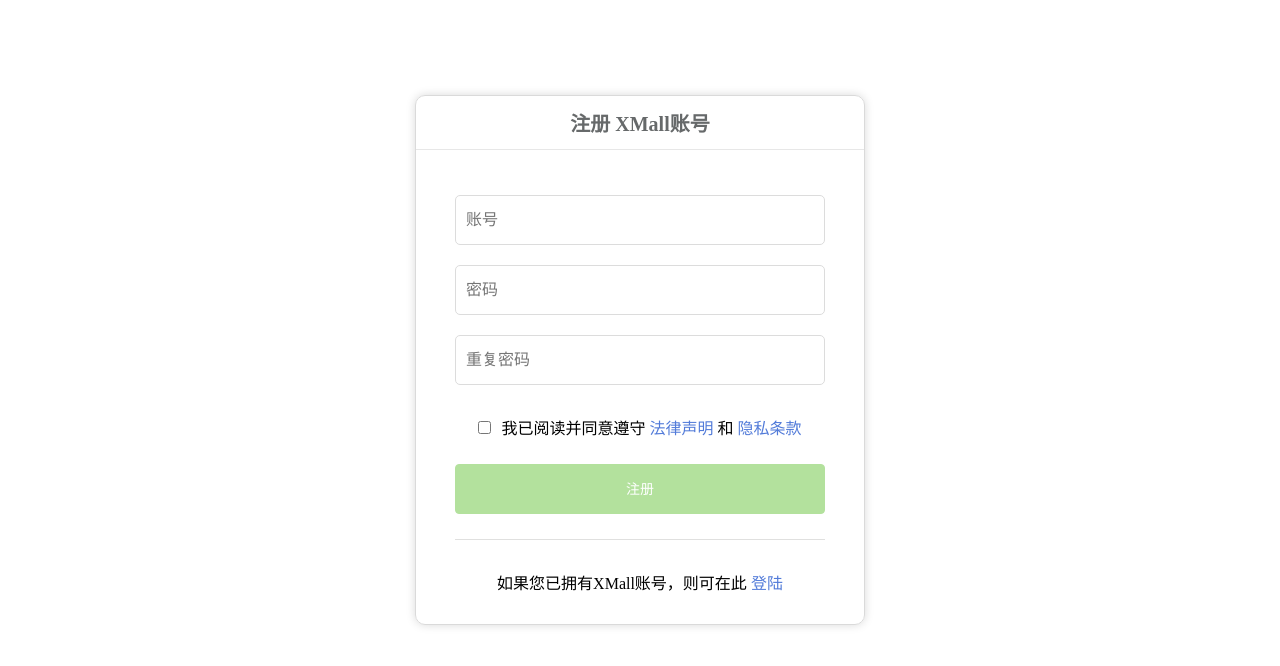
Repository: dingqihui1997/xmall-demo
Page: /register
These files come from the project's save history. The page is drawn as it stood at one moment and after the next save; the edit follows.
The browser window is 1280 px wide. The pictures show the whole page.
The project was rebuilt for these pictures with package versions that can differ from the ones it lists, and the page was loaded fresh each time. Also part of the build but not shown: vue.config.js, src/views/Home.vue.

Above is the page before, as saved 2021-06-29 15:43:40.

### src/main.js
import Vue from 'vue'
import App from './App.vue'
import router from './router'
import store from './store'
import ElementUI from 'element-ui';
import 'element-ui/lib/theme-chalk/index.css';
Vue.use(ElementUI);
Vue.config.productionTip = false

new Vue({
  router,
  store,
  render: h => h(App)
}).$mount('#app')

### src/App.vue
<template>
  <div id="app">
    <router-view />
  </div>
</template>

<style lang="scss">
@import "./styles/common";
@import "./styles/ui";
</style>

### src/router/index.js
import Vue from 'vue'
import VueRouter from 'vue-router'
import Home from '../views/Home.vue'

Vue.use(VueRouter)

const routes = [
  {
    path: '/',
    name: 'Home',
    component: Home
  },
  {//登录
    path: '/signin',
    name: 'Signin',
    component: () => import('../components/signin/Signin.vue')
  },
  {//注册
    path: '/register',
    name: 'Register',
    component: () => import('../components/register/Register.vue')
  },


]

const router = new VueRouter({
  mode: 'history',
  base: process.env.BASE_URL,
  routes
})

export default router

### src/styles/common.scss
 * {
     margin: 0;
     padding: 0;
 }

 .center {
     margin: auto;
     position: absolute;
     top: 0;
     bottom: 0;
     left: 0;
     right: 0;
 }

 * {
     box-sizing: border-box;
 }

 .wi100 {
     width: 100%;
 }

 .hei100 {
     height: 100%;
 }

 .pflex {
     position: fixed;
     /* 固定定位 */
 }

 .flex {
     display: flex;
 }

 .flex-wrap {
     /* 子元素换行排列 */
     display: flex;
     flex-wrap: wrap;
     align-items: center;
 }

 .flex-j {
     display: flex;
     justify-content: center;
     /* 水平方向居中 */
 }

 .flex-a {
     display: flex;
     align-items: center;
     /* 垂直方向居中 */
 }

 .flex-ja {
     /* felx-ja 垂直水平方向居中 */
     display: flex;
     align-items: center;
     justify-content: center;
 }

 .flex-sb {
     /* flex-sb 子元素两边排列 */
     display: flex;
     justify-content: space-between;
 }

 .flex-sba {
     /* flex-sb 子元素两边排列 bing居中 */
     display: flex;
     justify-content: space-between;
     align-items: center;
 }

 .flex-d {
     /* z子元素竖向排列 */
     display: flex;
     flex-direction: column;
 }

 .flex-di {
     /* 子元素竖向排列并居中 */
     display: flex;
     flex-direction: column;
     align-items: center;
 }

 .flex-dj {
     /* 子元素竖向排列并居中 */
     display: flex;
     flex-direction: column;
 }

 .flex-dji {
     /* 子元素竖向排列并水平垂直居中 */
     display: flex;
     flex-direction: column;
     align-items: center;
     justify-content: center;
 }

 .pad-t10 {
     padding-top: 10px;
 }

 .pad-t15 {
     padding-top: 15px;
 }

 .margin-r55 {
     margin-right: 55px;
 }

 .marginauto {
     margin: 0 auto;
 }

 .img100 {
     width: 100%;
     height: 100%;
 }

 .img50 {
     width: 50%;
     height: 50%;
 }

 .imgh100 {
     height: 100%;
 }

 .img45 {
     width: 45%;
     height: 45%;
 }

 .img80 {
     width: 80%;
     height: 80%;
 }

 .font20 {
     font-size: 20px;
 }

 .font18 {
     font-size: 18px;
 }

 .font16 {
     font-size: 16px;
 }

 .font14 {
     font-size: 14px;
 }

 .font12 {
     font-size: 12px;
 }

 .flex1 {
     flex: 1;
 }

 .flex2 {
     flex: 1.5;
 }

 .color30 {
     color: #000000;
 }

 .color3f {
     /* 白色 */
     color: #fff;
 }

 .margin-t10 {
     margin-top: 10px;
 }

 .margin-t5 {
     margin-top: 5px;
 }

 .margin-t20 {
     margin-top: 20px;
 }

 .margin-r5 {
     margin-right: 5px;
 }

 .margin-r15 {
     margin-right: 15px;
 }

 .margin-r10 {
     margin-right: 10px;
 }

 .margin-r20 {
     margin-right: 20px;
 }

 .margin-r30 {
     margin-right: 30px;
 }

 .margin-l10 {
     margin-left: 10px;
 }

 .margin-l20 {
     margin-left: 20px;
 }

 .margin-b10 {
     margin-bottom: 10px;
 }

 .text-de {
     /* 有下划线 */
     text-decoration: underline;
 }

 .text-li {
     text-decoration: line-through;
     /* 删除线 */
 }

 .font-w7 {
     /* 加粗 */
     font-weight: 700;
 }

 .fontstyle-i {
     /* 斜体 */
     font-style: italic;
 }

 .shuoming {
     position: relative;
     top: 55px
 }

 .textr {
     text-align: right;
 }

### src/styles/ui.scss
.login {
    .el-input__inner {
        width: 370px;
        height: 50px;
    }

    .el-input__suffix {
        position: absolute;
        right: 50px;
    }

    .el-input {
        position: relative;
    }
}

### src/components/register/Register.vue
<template>
  <div class="one">
    <div class="box center flex-d login">
      <div class="top flex-ja">注册 XMall账号</div>
      <!-- 账号 -->
      <div class="flex-ja name">
        <input type="text" placeholder="账号" class="ipt" />
      </div>
      <!-- 密码 -->
      <div class="flex-ja name">
        <input type="password" placeholder="密码" class="ipt" />
      </div>
      <!-- 重复密码 -->
      <div class="flex-ja name">
        <input type="password" placeholder="重复密码" class="ipt" />
      </div>
      <div class="flex-ja choice">
        <input type="checkbox" class="inpt" />
        我已阅读并同意遵守<span>&nbsp;法律声明&nbsp;</span>和<span
          >&nbsp;隐私条款</span
        >
      </div>
      <div class="flex-ja regis">
        <el-button type="success" disabled>注册</el-button>
      </div>
      <div class="flex-ja">
        <div class="bottom flex-ja">
          如果您已拥有XMall账号，则可在此<span>&nbsp;登陆</span>
        </div>
      </div>
    </div>
  </div>
</template>

<script>
export default {
  name: "",
  props: {},
  data() {
    return {
      username: "",
      password: "",
      Repeat: "",
    };
  },
  components: {},
  methods: {},
  mounted() {},
  computed: {},
  watch: {},
};
</script>

<style lang='scss' scoped>
.box {
  width: 450px;
  height: 530px;
  border: 1px solid #dadada;
  border-radius: 10px;
  box-shadow: 0 0 10px #dadada;
}
.one {
  height: 100vh;
}
.top {
  height: 60px;
  border-bottom: 1px solid #e7e7e7;
  font-size: 20px;
  color: #66696a;
  font-weight: 700;
  margin-bottom: 35px;
}
.ipt {
  width: 370px;
  height: 50px;
  outline: none;
  border: 1px #dcdcdc solid;
  border-radius: 5px;
  padding-left: 10px;
  font-size: 16px;
}
.el-button {
  margin: 25px 0px;
  width: 370px;
  height: 50px;
}
span {
  color: #527bd9;
}

.name {
  margin-top: 10px;
  margin-bottom: 10px;
  text-align: center;
}
.choice {
  margin-top: 20px;
}
.regis {
  padding: 0 35px;
}
.inpt {
  margin-right: 10px;
}
.bottom {
  width: 370px;
  border-top: 1px #e0e0df solid;
  padding: 30px 0;
}
</style>

Loaded but not shown: public/index.html (common file); src/store/index.js (common file)

After the next save:
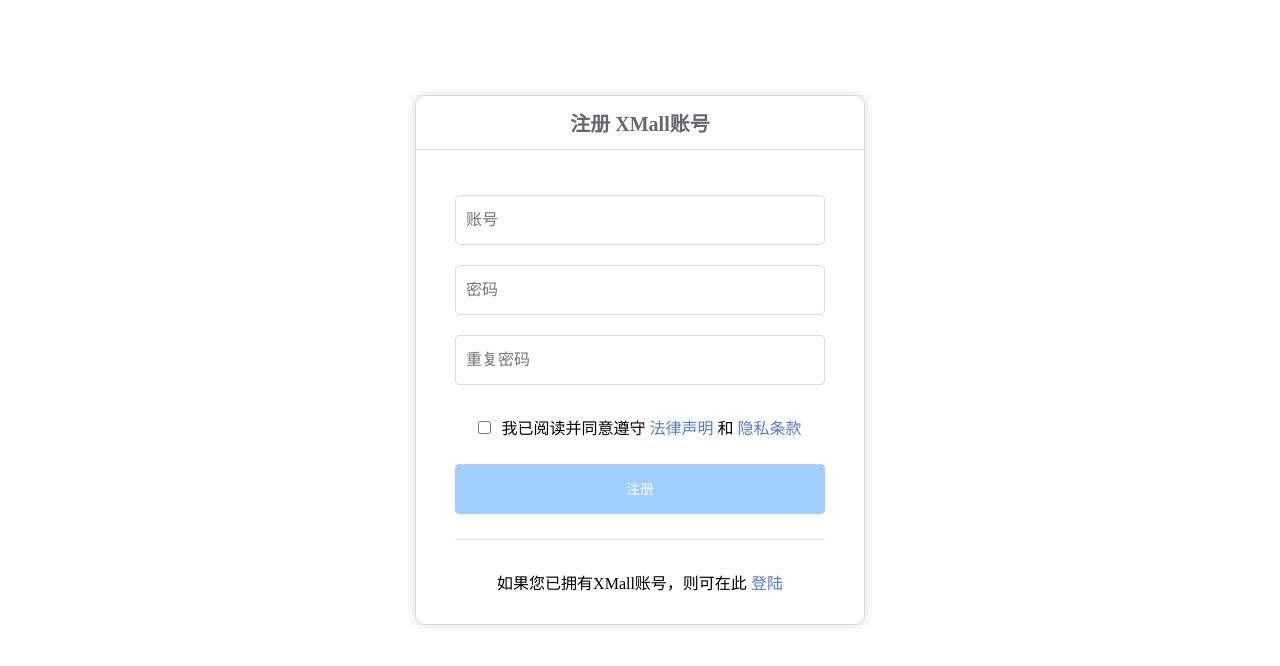
Saved 15 s later.
--- a/src/components/register/Register.vue
+++ b/src/components/register/Register.vue
@@ -21,7 +21,7 @@
         >
       </div>
       <div class="flex-ja regis">
-        <el-button type="success" disabled>注册</el-button>
+        <el-button type="primary" disabled>注册</el-button>
       </div>
       <div class="flex-ja">
         <div class="bottom flex-ja">
